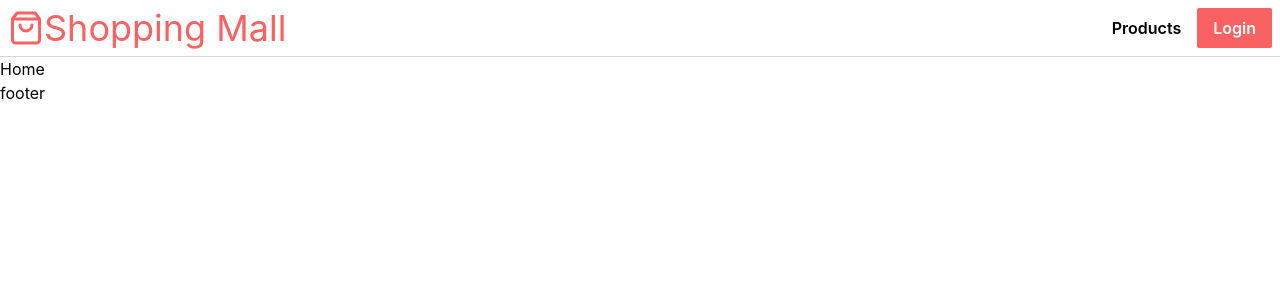
Repository: dnjfht/shopping_mall
Page: /products/new
These files come from the project's save history. The page is drawn as it stood at one moment and after the next save; the edit follows.
The browser window is 1280 px wide. The pictures show the whole page.
The project was rebuilt for these pictures with package versions that can differ from the ones it lists, and the page was loaded fresh each time. Also part of the build but not shown: src/App.css, src/components/User.jsx, src/pages/AllProducts.jsx, src/pages/NewProduct.jsx, src/pages/ProductDetail.jsx, src/pages/NotFound.jsx, src/pages/MyCart.jsx.

Above is the page before, as saved 2023-03-06 03:32:27.

### public/index.html
<!DOCTYPE html>
<html lang="en">
  <head>
    <meta charset="utf-8" />
    <link rel="icon" href="%PUBLIC_URL%/favicon.ico" />
    <meta name="viewport" content="width=device-width, initial-scale=1" />
    <meta name="theme-color" content="#000000" />
    <meta
      name="description"
      content="Web site created using create-react-app"
    />
    <link rel="apple-touch-icon" href="%PUBLIC_URL%/logo192.png" />
    <!--
      manifest.json provides metadata used when your web app is installed on a
      user's mobile device or desktop. See https://developers.google.com/web/fundamentals/web-app-manifest/
    -->
    <link rel="manifest" href="%PUBLIC_URL%/manifest.json" />
    <!--
      Notice the use of %PUBLIC_URL% in the tags above.
      It will be replaced with the URL of the `public` folder during the build.
      Only files inside the `public` folder can be referenced from the HTML.

      Unlike "/favicon.ico" or "favicon.ico", "%PUBLIC_URL%/favicon.ico" will
      work correctly both with client-side routing and a non-root public URL.
      Learn how to configure a non-root public URL by running `npm run build`.
    -->
    <title>Shopping Mall</title>
  </head>
  <body>
    <noscript>You need to enable JavaScript to run this app.</noscript>
    <div id="root"></div>
    <!--
      This HTML file is a template.
      If you open it directly in the browser, you will see an empty page.

      You can add webfonts, meta tags, or analytics to this file.
      The build step will place the bundled scripts into the <body> tag.

      To begin the development, run `npm start` or `yarn start`.
      To create a production bundle, use `npm run build` or `yarn build`.
    -->
  </body>
</html>

### src/index.js
import React from "react";
import ReactDOM from "react-dom/client";
import "./index.css";
import App from "./App";
import reportWebVitals from "./reportWebVitals";

import { createBrowserRouter, RouterProvider } from "react-router-dom";
import Home from "./pages/Home";
import AllProducts from "./pages/AllProducts";
import NewProduct from "./pages/NewProduct";
import ProductDetail from "./pages/ProductDetail";
import NotFound from "./pages/NotFound";
import MyCart from "./pages/MyCart";
import ProtectedRoute from "./pages/ProtectedRoute";

const router = createBrowserRouter([
  {
    path: "/",
    element: <App />,
    errorElement: <NotFound />,
    children: [
      { index: true, path: "/", element: <Home /> },
      { path: "/products", element: <AllProducts /> },
      {
        path: "/products/new",
        element: (
          <ProtectedRoute requireAdmin>
            <NewProduct />
          </ProtectedRoute>
        ),
      },
      {
        path: "/products/:id",
        element: <ProductDetail />,
      },
      {
        path: "/carts",
        element: (
          <ProtectedRoute>
            <MyCart />
          </ProtectedRoute>
        ),
      },
    ],
  },
]);

const root = ReactDOM.createRoot(document.getElementById("root"));
root.render(
  <React.StrictMode>
    <RouterProvider router={router} />
  </React.StrictMode>
);

// If you want to start measuring performance in your app, pass a function
// to log results (for example: reportWebVitals(console.log))
// or send to an analytics endpoint. Learn more: https://bit.ly/CRA-vitals
reportWebVitals();

### src/index.css
@tailwind base;
@tailwind components;
@tailwind utilities;

body {
  margin: 0;
  font-family: -apple-system, BlinkMacSystemFont, "Segoe UI", "Roboto", "Oxygen",
    "Ubuntu", "Cantarell", "Fira Sans", "Droid Sans", "Helvetica Neue",
    sans-serif;
  -webkit-font-smoothing: antialiased;
  -moz-osx-font-smoothing: grayscale;
  @apply flex flex-col items-center;
}

#root {
  @apply w-full max-w-screen-2xl;
}

code {
  font-family: source-code-pro, Menlo, Monaco, Consolas, "Courier New",
    monospace;
}

### src/App.js
import "./App.css";
import Header from "./components/Header";
import Footer from "./components/Footer";
import { Outlet } from "react-router-dom";
import { AuthContextProvider } from "./components/context/AuthContext";

function App() {
  return (
    <AuthContextProvider>
      <Header />
      <Outlet />
      <Footer />
    </AuthContextProvider>
  );
}

export default App;

### src/pages/ProtectedRoute.js
import React from "react";
import { Navigate } from "react-router-dom";
import { useAuthContext } from "../components/context/AuthContext";

export default function ProtectedRoute({ children, requireAdmin }) {
  const { user } = useAuthContext();

  if (!user || (requireAdmin && !user.isAdmin)) {
    return <Navigate to="/" replace />;
  }

  return children;
  // 로그인한 사용자가 있는지 확인
  // 그 사용자가 어드민 권한이 있는지 확인
  // requireAdmin이 true인 경우에는 로그인도 되어 있어야 하고, 어드민 권한도 가지고 있어야 함.
  // 조건에 맞지 않으면 / 상위 경로로 이동!
  // 조건에 맞는 경우에만 전달된 children을 보여줌
}

### src/components/Header.jsx
import React, { useEffect, useState } from "react";
import { Link } from "react-router-dom";
import { FiShoppingBag } from "react-icons/fi";
import { BsFillPencilFill } from "react-icons/bs";
import { login, logout, onUserStateChange } from "../firebase";
import User from "./User";
import Button from "./ui/Button";
import { useAuthContext } from "./context/AuthContext";

export default function Header() {
  const { user, login, logout } = useAuthContext();

  return (
    <header className="flex justify-between border-b border-gray-300 p-2">
      <Link to="/" className="flex items-center text-4xl text-brand">
        <FiShoppingBag />
        <h1>Shopping Mall</h1>
      </Link>
      <nav className="flex items-center gap-4 font-semibold">
        <Link to="/products">Products</Link>
        {user && <Link to="/carts">Carts</Link>}
        {user && user.isAdmin && (
          <Link to="/products/new" className="text-2xl">
            <BsFillPencilFill />
          </Link>
        )}
        {user && <User user={user} />}
        {!user && <Button text={"Login"} onClick={login} />}
        {user && <Button text={"Logout"} onClick={logout} />}
      </nav>
    </header>
  );
}

### src/components/Footer.jsx
import React from "react";

export default function Footer() {
  return <div>footer</div>;
}

### src/components/context/AuthContext.jsx
import { createContext, useContext, useEffect, useState } from "react";
import { login, logout, onUserStateChange } from "../../firebase";

const AuthContext = createContext();

export function AuthContextProvider({ children }) {
  const [user, setUser] = useState();

  useEffect(() => {
    onUserStateChange((user) => {
      console.log(user);
      setUser(user);
    });
  }, []);

  return (
    <AuthContext.Provider value={{ user, login, logout }}>
      {children}
    </AuthContext.Provider>
  );
}

export function useAuthContext() {
  return useContext(AuthContext);
}

### src/firebase.js
// Import the functions you need from the SDKs you need
import { initializeApp } from "firebase/app";
import {
  getAuth,
  signInWithPopup,
  GoogleAuthProvider,
  signOut,
  onAuthStateChanged,
} from "firebase/auth";
import { getDatabase, ref, child, get } from "firebase/database";

const firebaseConfig = {
  apiKey: process.env.REACT_APP_FIREBASE_API_KEY,
  authDomain: process.env.REACT_APP_FIREBASE_AUTH_DOMAIN,
  databaseURL: process.env.REACT_APP_FIREBASE_DB_URL,
  projectId: process.env.REACT_APP_FIREBASE_PROJECT_ID,
};

// Initialize Firebase
const app = initializeApp(firebaseConfig);

// Initialize Firebase Authentication and get a reference to the service
const auth = getAuth(app);
// Initialize Realtime Database and get a reference to the service
const database = getDatabase(app);

const provider = new GoogleAuthProvider();

export async function login() {
  return signInWithPopup(auth, provider).catch(console.error);
}

export async function logout() {
  return signOut(auth);
  // return signOut(auth).then(() => null);
}

export function onUserStateChange(callback) {
  onAuthStateChanged(auth, async (user) => {
    // 1. 사용자가 있는 경우에 (로그인한 경우)
    const updateUser = user ? await adminUser(user) : null;
    callback(updateUser);
  });
}

async function adminUser(user) {
  // 2. 사용자가 어드민 권한을 가지고 있는지 확인!
  // 3. {...user, isAdmin: true/false}

  const dbRef = ref(database);
  return get(child(dbRef, "admins")).then((snapshot) => {
    if (snapshot.exists()) {
      const admins = snapshot.val();
      console.log(admins);
      const isAdmin = admins.includes(user.uid);
      return { ...user, isAdmin };
    }
    return user;
  });
}

### src/components/ui/Button.jsx
import React from "react";

export default function Button({ text, onClick }) {
  return (
    <button
      className="bg-brand text-white py-2 px-4 rounded-sm hover:brightness-110"
      onClick={onClick}
    >
      {text}
    </button>
  );
}

### tailwind.config.js
/** @type {import('tailwindcss').Config} */
module.exports = {
  content: ["./src/**/*.{js,jsx}"],
  theme: {
    extend: {
      colors: {
        brand: "#F96162",
      },
    },
  },
  plugins: [],
};

Loaded but not shown: src/reportWebVitals.js (common file); src/pages/Home.jsx (common file)

After the next save:
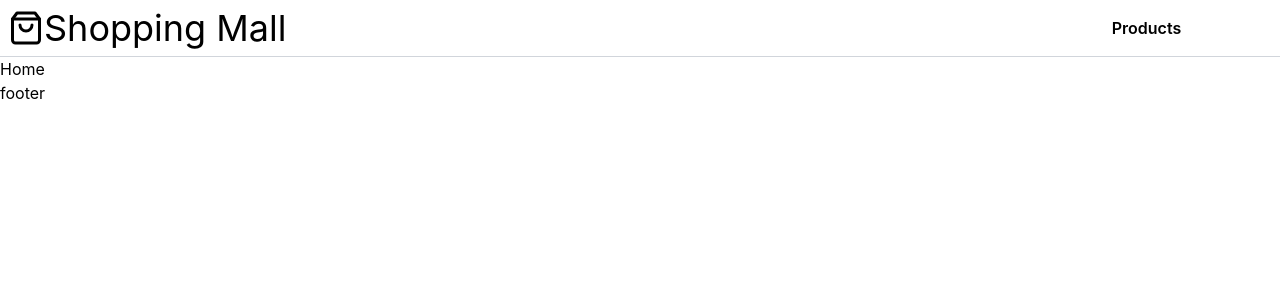
Saved 2 min 59 s later.
--- a/tailwind.config.js
+++ b/tailwind.config.js
@@ -4,7 +4,7 @@ module.exports = {
   theme: {
     extend: {
       colors: {
-        brand: "#F96162",
+        brand: "#image.png",
       },
     },
   },
